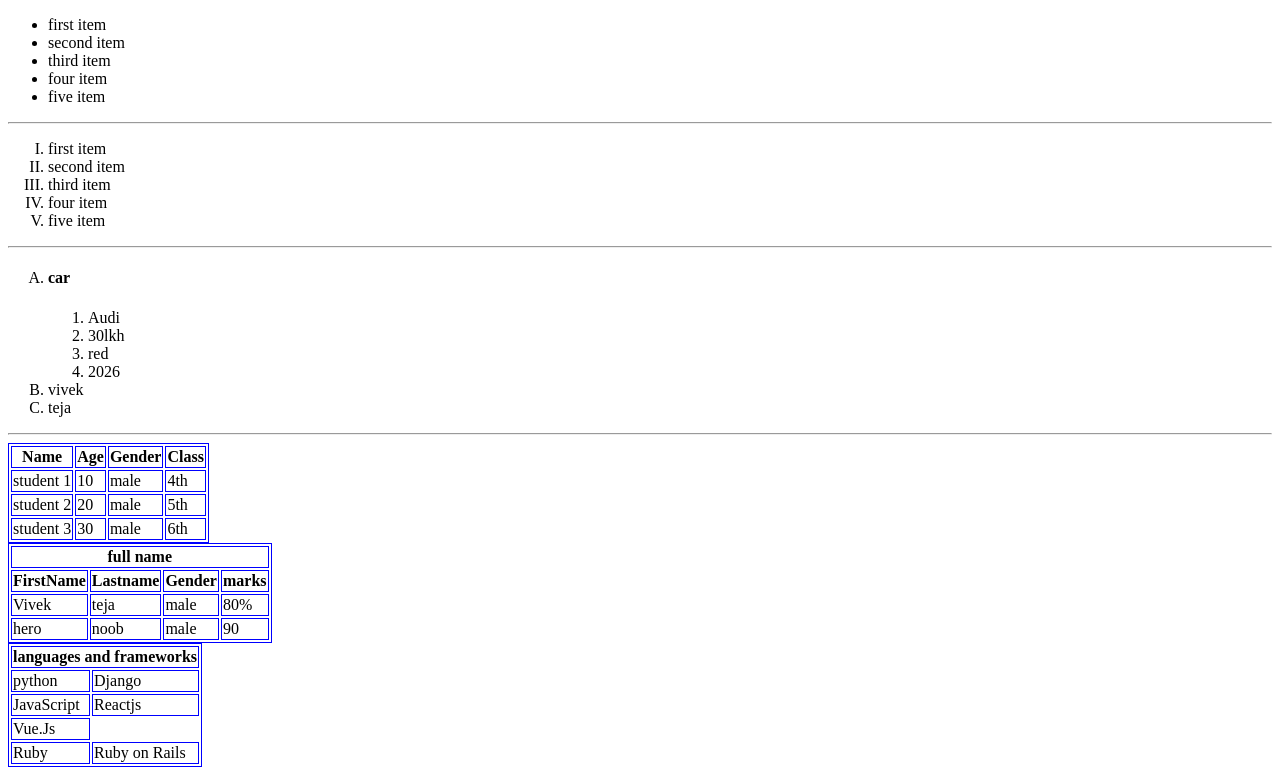
Repository: viveknaidu007/repo-166-Full-Stack-Development-Learning-Notes-Innomatics-2024
Page: module_1-html,css,bootstrap/spet_20_2024/index.html
The author's editor kept a copy of each file at every save. The page is drawn from the files as they stood at one save, then again after the next save.
The browser window is 1280 px wide. The pictures show the whole page.

Above is the page before, as saved 2024-09-21 13:28:32.

After the next save:
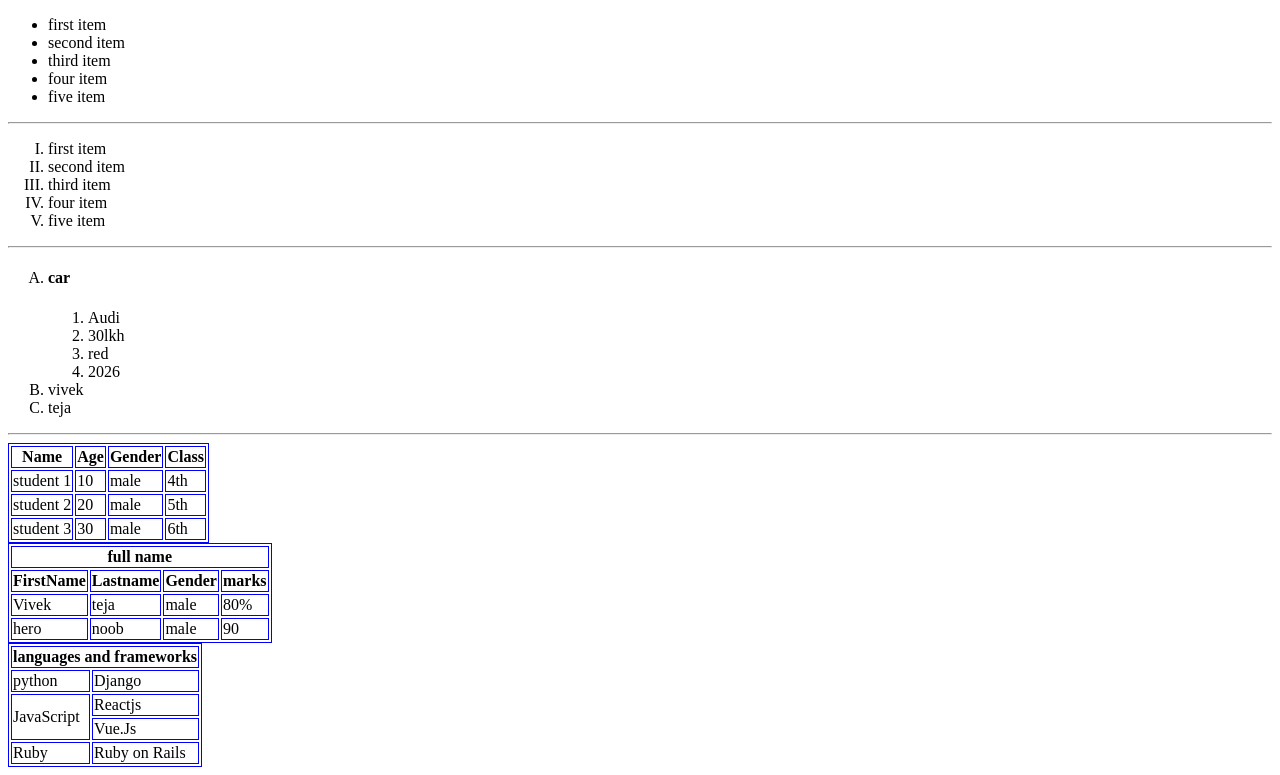
Saved 46 s later.
--- a/module_1-html,css,bootstrap/spet_20_2024/index.html
+++ b/module_1-html,css,bootstrap/spet_20_2024/index.html
@@ -113,7 +113,7 @@
             <td>Django</td>
         </tr>
         <tr>
-            <td>JavaScript</td>
+            <td rowspan="2">JavaScript</td>
             <td>Reactjs</td>
         </tr>
         <tr>
